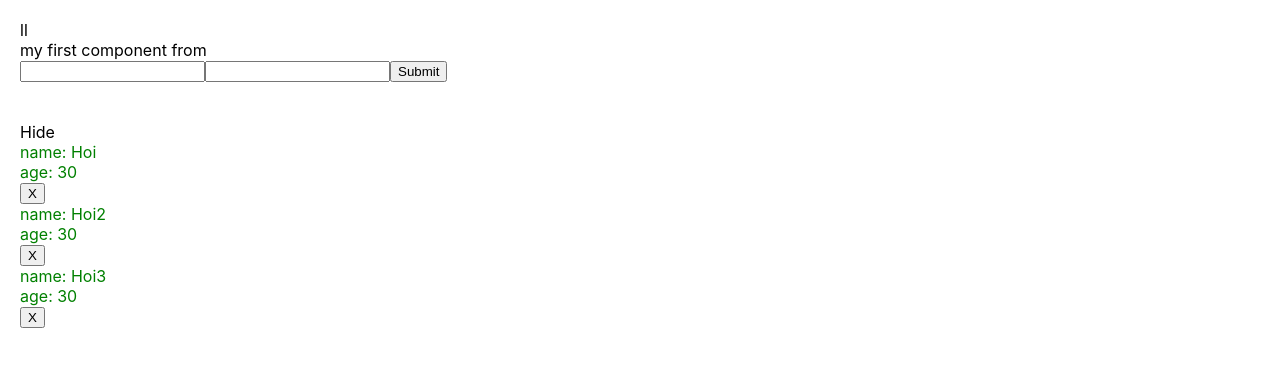
Repository: tvvn12/React-demo
Page: /
An editor plug-in stored every save of this project. The page is shown before and after the next save, followed by the edit.
The browser window is 1280 px wide. The pictures show the whole page.
The project was rebuilt for these pictures with package versions that can differ from the ones it lists, and the page was loaded fresh each time.

Above is the page before, as saved 2024-03-05 18:08:06.

### src/index.js
import React from "react";
import ReactDOM from "react-dom/client";
import App from "./App";
import reportWebVitals from "./reportWebVitals";
import { Provider } from "react-redux";
import store from "./redux/store";

const root = ReactDOM.createRoot(document.getElementById("root"));
root.render(
  <Provider store={store}>
    <App />
  </Provider>
);

// If you want to start measuring performance in your app, pass a function
// to log results (for example: reportWebVitals(console.log))
// or send to an analytics endpoint. Learn more: https://bit.ly/CRA-vitals
reportWebVitals();

### src/App.js
import React from "react";
import MyComponent from "./components/MyComponent";
import "./App.scss";
class App extends React.Component {
  render() {
    return (
      <div className="App">
        ll
        <MyComponent></MyComponent>
      </div>
    );
  }
}
// const App = () => {
//   //   return (
//   //     <div className="App">
//   //       ll
//   //       <MyComponent></MyComponent>
//   //     </div>
//   //   );
//   // };
// };
// const App = () => {
//   return (
//     <div className="App">
//       ll
//       <MyComponent></MyComponent>
//     </div>
//   );
// };

export default App;

### src/components/MyComponent.js
import React, { useState } from "react";
import AddUserInfo from "./AddUserInfor";
import DisplayInfo from "./DisplayInfo";

// class MyComponent extends React.Component {
//   state = {
//     listUsers: [
//       {
//         id: 1,
//         name: "Hoi",
//         age: "30",
//       },
//       {
//         id: 2,
//         name: "Hoi2",
//         age: "30",
//       },
//       {
//         id: 3,
//         name: "Hoi3",
//         age: "30",
//       },
//     ],
//   };
//   handleAddNew = (userObj) => {
//     this.setState({
//       listUsers: [userObj, ...this.state.listUsers],
//     });
//   };
//   handleDelete = (userId) => {
//     let listUserClone = [...this.state.listUsers];
//     listUserClone = listUserClone.filter((item) => item.id !== userId);
//     this.setState({
//       listUsers: listUserClone,
//     });
//   };
//   render() {
//     return (
//       <div>
//         <AddUserInfo handleAddNew={this.handleAddNew} />
//         <br />
//         <br />

//         <DisplayInfo
//           users={this.state.listUsers}
//           delete={this.handleDelete}
//         ></DisplayInfo>
//       </div>
//     );
//   }
// }

const MyComponent = () => {
  const [listUsers, setListUser] = useState([
    {
      id: 1,
      name: "Hoi",
      age: "30",
    },
    {
      id: 2,
      name: "Hoi2",
      age: "30",
    },
    {
      id: 3,
      name: "Hoi3",
      age: "30",
    },
  ]);
  const handleAddNew = (userObj) => {
    setListUser([userObj, ...listUsers]);
  };
  const handleDelete = (userId) => {
    let listUserClone = listUsers;
    listUserClone = listUserClone.filter((item) => item.id !== userId);
    setListUser(listUserClone);
  };
  return (
    <div>
      <AddUserInfo handleAddNew={handleAddNew} />
      <br />
      <br />
      <DisplayInfo users={listUsers} delete={handleDelete}></DisplayInfo>
    </div>
  );
};

export default MyComponent;

### src/App.scss
body {
  padding: 20px;
  margin: 0;
  font-family: -apple-system, BlinkMacSystemFont, "Segoe UI", "Roboto", "Oxygen",
    "Ubuntu", "Cantarell", "Fira Sans", "Droid Sans", "Helvetica Neue",
    sans-serif;
  -webkit-font-smoothing: antialiased;
  -moz-osx-font-smoothing: grayscale;
}

code {
  font-family: source-code-pro, Menlo, Monaco, Consolas, "Courier New",
    monospace;
}

/*  */
.red {
  color: red;
}
.green {
  color: green;
}
.App-logo {
  height: 40vmin;
  pointer-events: none;
}

@media (prefers-reduced-motion: no-preference) {
  .App-logo {
    animation: App-logo-spin infinite 20s linear;
  }
}

.App-header {
  background-color: #282c34;
  min-height: 100vh;
  display: flex;
  flex-direction: column;
  align-items: center;
  justify-content: center;
  font-size: calc(10px + 2vmin);
  color: white;
}

.App-link {
  color: #61dafb;
}

@keyframes App-logo-spin {
  from {
    transform: rotate(0deg);
  }
  to {
    transform: rotate(360deg);
  }
}

### src/components/AddUserInfor.js
import React, { useState } from "react";

// class AddUserInfo extends React.Component {
//   state = {
//     name: "Erics",
//     address: "Hoidan It",
//     age: 26,
//   };
//   // handleClick(event) {
//   //   console.log(event);
//   // }
//   // handleMouse(event) {
//   //   console.log(event.pageX);
//   // }
//   handleOnchange(event) {
//     console.log(event, event.target.value);
//     this.setState({
//       name: event.target.value,
//     });
//   }
//   handleOnchange2(event) {
//     console.log(event, event.target.value);
//     this.setState({
//       age: event.target.value,
//     });
//   }
//   handleOnSubmit(e) {
//     e.preventDefault();
//     this.props.handleAddNew({
//       id: Math.floor(Math.random() * 10) + "r",
//       name: this.state.name,
//       age: this.state.age,
//     });
//   }
//   render() {
//     return (
//       <div className="">
//         my first component {this.state.name} from {this.state.age}
//         {/* <button onMouseOver={this.handleMouse} onClick={this.handleClick}>
//           Click me
//         </button> */}
//         <form action="" onSubmit={(e) => this.handleOnSubmit(e)}>
//           <input
//             value={this.state.name}
//             onChange={(event) => this.handleOnchange(event)}
//             type="text"
//             name=""
//             id=""
//           />
//           <input
//             value={this.state.age}
//             onChange={(event) => this.handleOnchange2(event)}
//             type="text"
//             name=""
//             id=""
//           />
//           <button>Submit</button>
//         </form>
//       </div>
//     );
//   }
// }

const AddUserInfor = (props) => {
  const [name, setName] = useState("");
  const [address, setAddress] = useState("");
  const [age, setAge] = useState("");
  const handleOnchange = (event) => {
    setName(event.target.value);
  };
  const handleOnchange2 = (event) => {
    setAge(event.target.value);
  };
  const handleOnSubmit = (e) => {
    e.preventDefault();
    props.handleAddNew({
      id: Math.floor(Math.random() * 10) + "r",
      name: name,
      age: age,
    });
  };
  return (
    <div>
      <div className="">
        my first component {name} from {age}
        <form action="" onSubmit={(e) => handleOnSubmit(e)}>
          <input
            value={name}
            onChange={(event) => handleOnchange(event)}
            type="text"
            name=""
            id=""
          />
          <input
            value={age}
            onChange={(event) => handleOnchange2(event)}
            type="text"
            name=""
            id=""
          />
          <button>Submit</button>
        </form>
      </div>
    </div>
  );
};

export default AddUserInfor;

### src/components/DisplayInfo.js
import React, { useState } from "react";
import "./DisplayInfo.scss";
// class DisplayInfo extends React.Component {
//   constructor(props) {
//     console.log("call contructor");
//     super(props);
//     this.state = {
//       isShow: true,
//     };
//   }

//   handleClick = () => {
//     this.setState({
//       isShow: !this.state.isShow,
//     });
//   };
//   componentDidMount() {
//     console.log("didmount");
//     setTimeout(() => {
//       document.title = "new";
//     }, 3000);
//   }
//   componentDidUpdate(preP, preS) {
//     if (this.props.users !== preP.users) {
//       if (this.props.users.length === 5) {
//         alert("me");
//       }
//     }
//   }
//   render() {
//     console.log("call render");
//     const { users } = this.props;

//     return (
//       <div className="display-info">
//         <div className="">
//           <span
//             onClick={() => {
//               this.handleClick();
//             }}
//           >
//             {this.state.isShow === true ? "Hide" : "Show"}
//           </span>
//         </div>
//         {this.state.isShow && (
//           <div>
//             {users.map((item, index) => {
//               return (
//                 <div key={item.id} className={+item.age > 30 ? "red" : "green"}>
//                   <div className="">name: {item.name}</div>
//                   <div className="">age: {item.age}</div>
//                   <button onClick={() => this.props.delete(item.id)}>X</button>
//                   <br />
//                 </div>
//               );
//             })}
//           </div>
//         )}
//       </div>
//     );
//   }
// }

const DisplayInfo = (props) => {
  const { users } = props;
  const [show, setShow] = useState(true);
  const handleShow = () => {
    setShow(!show);
  };
  return (
    <div className="display-info">
      <div className="">
        <span onClick={() => handleShow()}>{show ? "Hide" : "Show"}</span>
      </div>
      {show && (
        <div>
          {users.map((item, index) => {
            return (
              <div key={item.id} className={+item.age > 30 ? "red" : "green"}>
                <div className="">name: {item.name}</div>
                <div className="">age: {item.age}</div>
                <button onClick={() => props.delete(item.id)}>X</button>
                <br />
              </div>
            );
          })}
        </div>
      )}
    </div>
  );
};
export default DisplayInfo;

### src/components/DisplayInfo.scss
.display-info {
  .red {
    color: pink;
  }
  .green {
    color: green;
  }
}

Loaded but not shown: public/index.html (common file); src/reportWebVitals.js (common file); src/redux/store.js (common file); src/redux/reducer/rootReducer.js (common file); src/redux/reducer/counterReducer.js (common file); src/redux/action/counterAction.js (common file)

After the next save:
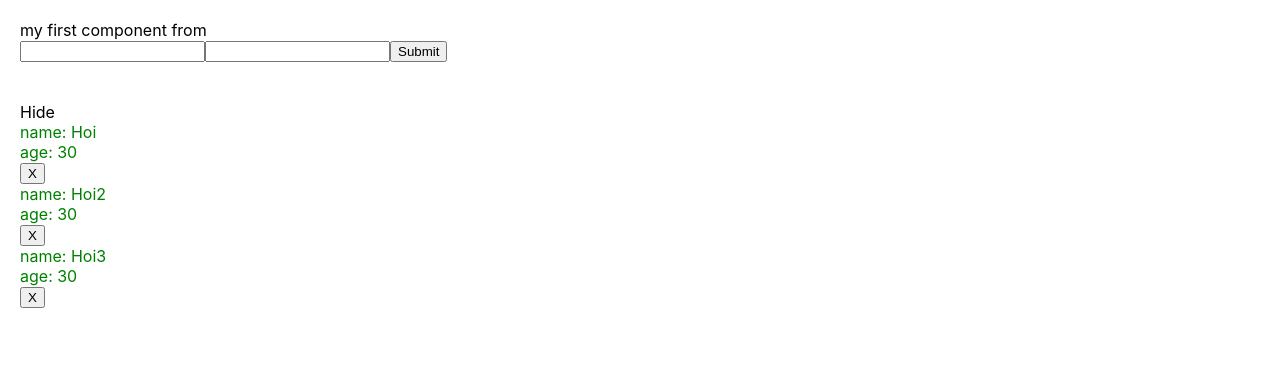
Saved 9 s later.
--- a/src/App.js
+++ b/src/App.js
@@ -5,7 +5,6 @@ class App extends React.Component {
   render() {
     return (
       <div className="App">
-        ll
         <MyComponent></MyComponent>
       </div>
     );
